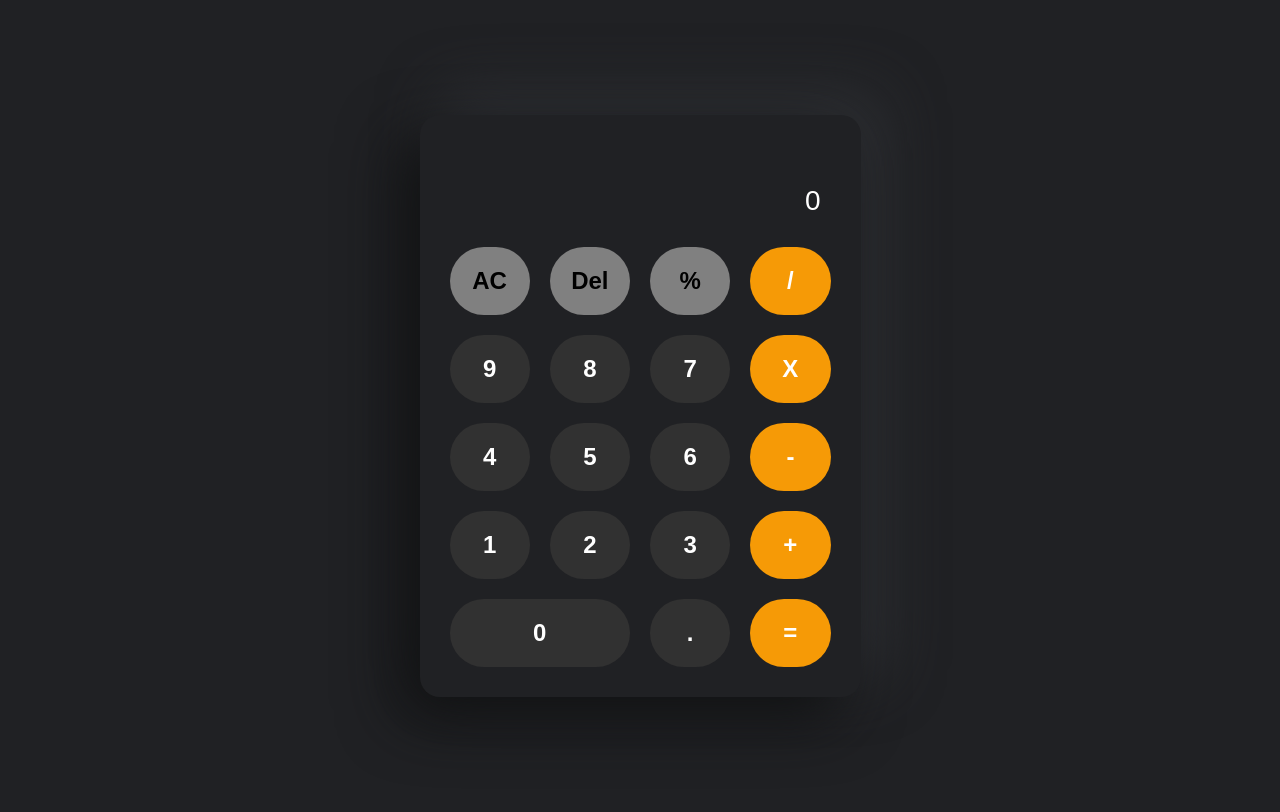
Repository: ble-syn/reactCalculator
Page: /
These files come from the project's save history. The page is drawn as it stood at one moment and after the next save; the edit follows.
The browser window is 1280 px wide. The pictures show the whole page.
The project was rebuilt for these pictures with package versions that can differ from the ones it lists, and the page was loaded fresh each time.

Above is the page before, as saved 2022-10-06 22:41:03.

After the next save:
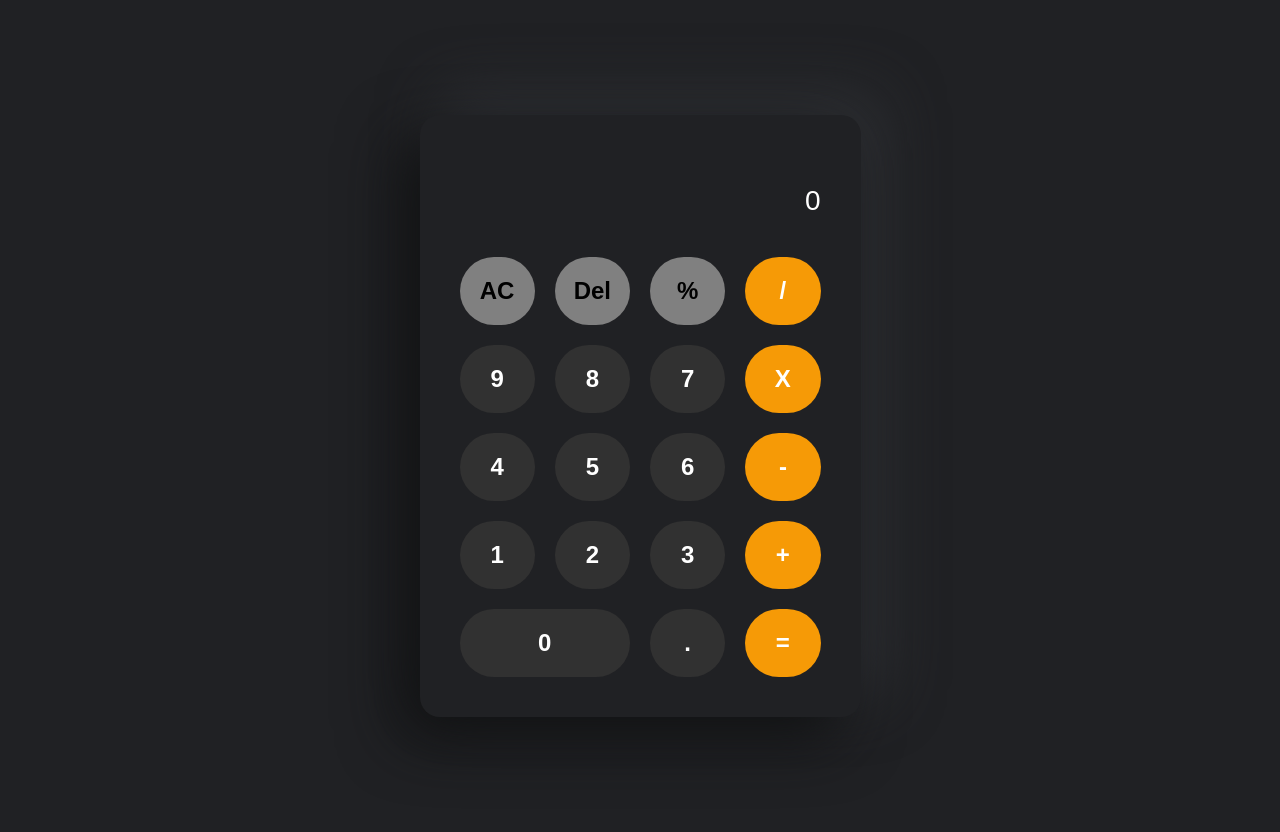
Saved 9 s later.
--- a/src/index.css
+++ b/src/index.css
@@ -42,7 +42,7 @@
   display: grid;
   grid-template-columns: repeat(4, 1fr);
   grid-gap: 20px;
-  margin: 10px;
+  margin: 20px;
 }
 button {
   padding: 20px 15px;

After the save that followed:
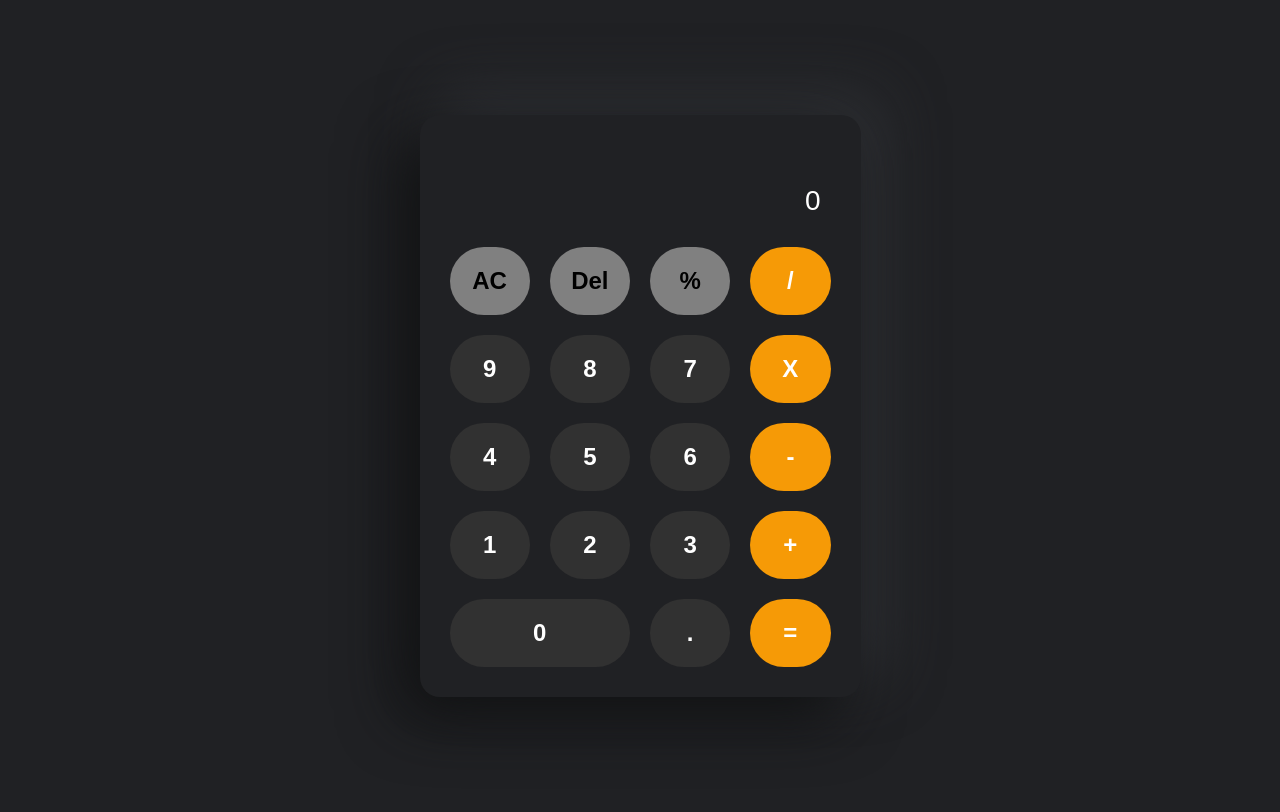
Saved 13 s later.
--- a/src/index.css
+++ b/src/index.css
@@ -42,7 +42,7 @@
   display: grid;
   grid-template-columns: repeat(4, 1fr);
   grid-gap: 20px;
-  margin: 20px;
+  margin: 10px;
 }
 button {
   padding: 20px 15px;
